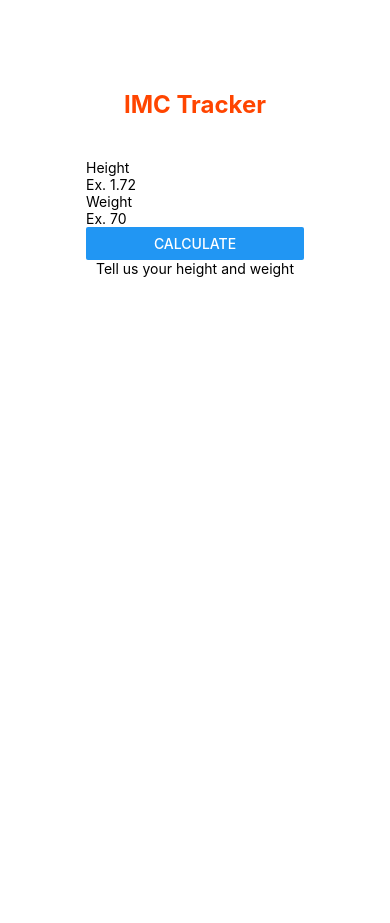
Repository: rubenmatias08/IMCTracker
Screen: /
These files come from the project's save history. The screen is drawn as it stood at one moment and after the next save; the edit follows.
The app was drawn by React Native's web renderer in a window 390 px wide. The project was rebuilt for these pictures with package versions that can differ from the ones it lists, and the page was loaded fresh each time.

Above is the screen before, as saved 2024-03-10 17:29:09.

### App.js
import { StyleSheet, View } from 'react-native';
import Title from './src/components/Title';
import Form from './src/components/Form/index'

export default function App() {
  return (
    <View style={styles.container}>
      <Title/>
      <Form />
    </View>
  );
}

const styles = StyleSheet.create({
  container: {
    flex: 1,
    backgroundColor: 'f8f8ff',
    paddingTop: 80,

  },
});



/*
   alignItems: 'center',
    justifyContent: 'center',

*/

### src/components/Title/index.js
import React from "react";
import { View,Text } from "react-native"; //Componentes
import styles from "./style";

export default function Title(){
    return(
        <View style={styles.boxTitle}>
            <Text style={styles.textTitle}>IMC Tracker</Text>
        </View>
    )
}

//Para aplicar a estilização colocamos: style={nomedoficheiroimportado.propriedadeJSON}

### src/components/Form/index.js
import React , {useState} from "react";
import { TextInput, View, Text, Button } from "react-native";
import ResultIMC from "./ResultIMC";
import styles from "./style";


export default function Form(){

    const [height, setHeight] = useState(null); // Altura
    const [weight, setWeight] = useState(null); // Peso
    const [messageIMC, setmessageIMC] = useState("Tell us your height and weight"); // Mensagem que contem o resultado
    const [imc,setIMC] = useState(null); // valor do IMC
    const [textButton, setTextButton] = useState("Calculate"); //

    //Calcular o imc é altura x altura a dividir por peso
    //E vamos querer que nos retorne o resultado (toFixed) que é para vir com 2 casas decimais apenas.
    function CalculatorIMC(){
        return setIMC((weight / (height * height)).toFixed(2))
    }

    //Caso os valores tiverem sido preenchidos ele valida, caso contrário temos de avisar o usuário para preencher os dados de altura e peso.
    //Aqui com a condição é: Caso os valores de height e weight sejam diferentes de null, ou seja, estão preenchidos... Chama a função CalculatorIMC() que fará o calculo que depois nos dá o resultado.
    function ValidationIMC(){
        if(height != null && weight != null){
            CalculatorIMC() //Função do calculo
            setHeight(null) //Reset de height para que se faça depois um novo calculo
            setWeight(null) //Reset de weight para que se faça depois um novo calculo
            setmessageIMC("Your IMC is:") //Mensagem para apresentar o resultado
            setTextButton("Calculate again") //Botão com mensagem
            return //Depois de tudo isto... Retorna-nos.
        }
        setIMC(null) //caso o peso e altura sejam nulos, colocamos o imc como nulo também para que não haja resposta de possiveis calculos anteriores
        setTextButton("Calculate") //Para voltar a apresentar o texto original
        setmessageIMC("Tell us your height and weight") //Para voltar a apresentar o texto original

    }


    return(
        <View style={styles.formContent}>
            <View>
                <Text>Height</Text>
                <TextInput
                onChangeText={setHeight}
                value={height}
                placeholder="Ex. 1.72"
                keyboardType="numeric"
                />

                <Text>Weight</Text>
                <TextInput
                onChangeText={setWeight}
                value={weight}
                placeholder="Ex. 70"
                keyboardType="numeric"
                />

                <Button
                onPress={() => ValidationIMC()}
                title={textButton}/>

            </View>
            <ResultIMC messageResultImc={messageIMC} resultImc={imc}/>
        </View>
    )
}

//O keyboardType indica qual o tipo de teclado que ele vai abrir
//No <ResultIMC> leva duas props com propriedades dinamicas.

### src/components/Title/style.js
import { StyleSheet } from "react-native";

const styles = StyleSheet.create( {
    boxTitle: {
        alignItems: "center",
        justifyContent: "center",
        padding: 10,

    },
    textTitle: {
        color:"#FF4500",
        fontSize:24,
        fontWeight:"bold"
    }
});

export default styles;

### src/components/Form/ResultIMC/index.js
import React from "react";
import { View , Text } from "react-native";

export default function ResultIMC(props){
    return(
        <View>
            <Text>{props.messageResultImc}</Text>
            <Text>{props.resultImc}</Text>
        </View>
    )
}

//Neste componente vai ser mostrado o resultado do valor de IMC e uma mensagem com o valor desse IMC.

### src/components/Form/style.js
import { StyleSheet } from "react-native";

const styles = StyleSheet.create( {
    formContent: {
        width:"100%",
        height:"100%",
        bottom:0,
        backgroundColor:"#ffffff",
        alignItems:"center",
        marginTop:30,
    }
});

export default styles;

After the next save:
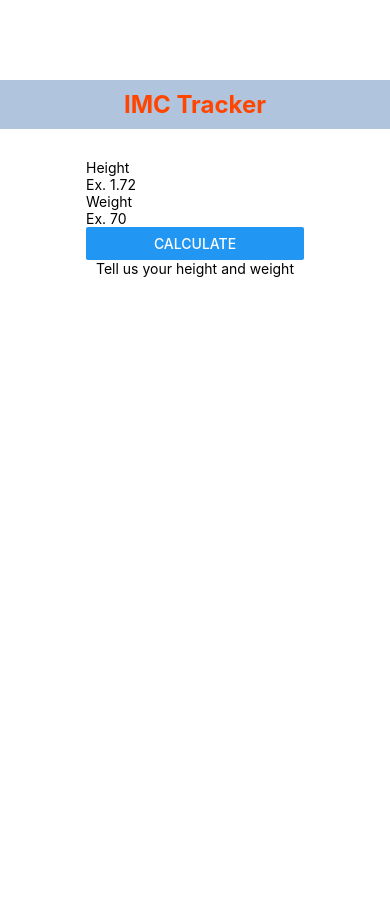
Saved 83 s later.
--- a/src/components/Title/style.js
+++ b/src/components/Title/style.js
@@ -5,7 +5,7 @@
         alignItems: "center",
         justifyContent: "center",
         padding: 10,
-
+        backgroundColor:"#B0C4DE"
     },
     textTitle: {
         color:"#FF4500",

After the save that followed:
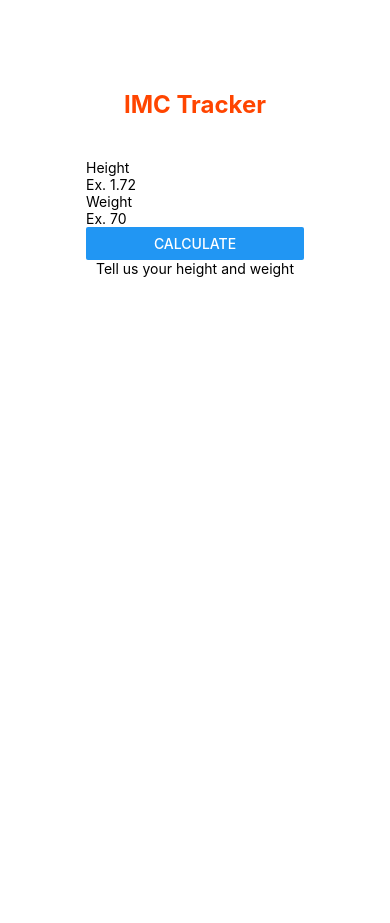
Saved 8 s later.
--- a/src/components/Title/style.js
+++ b/src/components/Title/style.js
@@ -5,7 +5,6 @@
         alignItems: "center",
         justifyContent: "center",
         padding: 10,
-        backgroundColor:"#B0C4DE"
     },
     textTitle: {
         color:"#FF4500",
